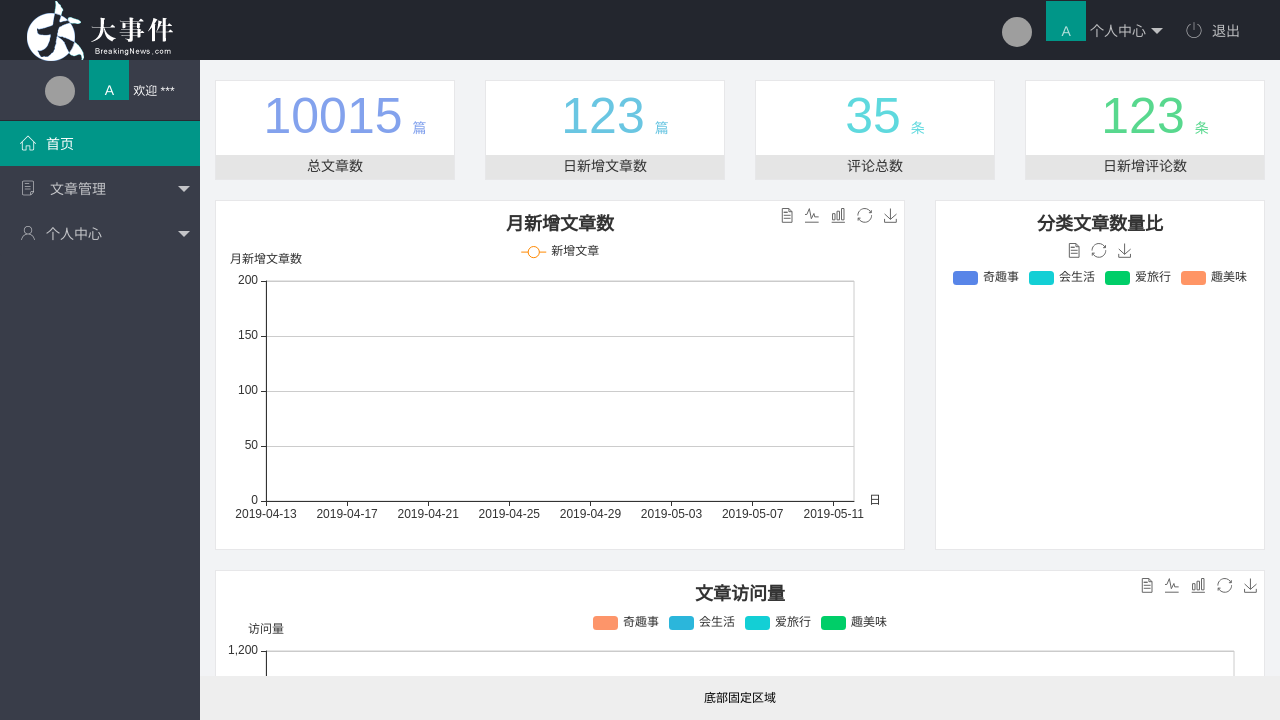
Repository: lithronmatic/web_bigbigevent
Page: index.html
These files come from the project's save history. The page is drawn as it stood at one moment and after the next save; the edit follows.
The browser window is 1280 px wide. The pictures show the whole page.
Pictures or frames that could not be fetched are drawn as grey boxes. The page's requests for data from a server got no answer.

Above is the page before, as saved 2022-09-03 09:46:05.

### index.html
<!DOCTYPE html>
<html lang="en">

<head>
    <meta charset="UTF-8">
    <meta http-equiv="X-UA-Compatible" content="IE=edge">
    <meta name="viewport" content="width=device-width, initial-scale=1.0">
    <title>后台主页</title>
    <link rel="stylesheet" href="./assets/lib/layui/css/layui.css">
    <link rel="stylesheet" href="./assets/fonts/iconfont.css">
    <link rel="stylesheet" href="./assets/css/index.css">
</head>

<body>
    <div class="layui-layout layui-layout-admin">
        <div class="layui-header">
            <div class="layui-logo">
                <img src="./assets/images/logo.png" alt="">
            </div>
            <!-- 头部区域（可配合layui 已有的水平导航） -->
            <ul class="layui-nav layui-layout-right">
                <li class="layui-nav-item layui-hide layui-show-md-inline-block">
                    <a href="javascript:;" class="userinfo">
                        <img src="//tva1.sinaimg.cn/crop.0.0.118.118.180/5db11ff4gw1e77d3nqrv8j203b03cweg.jpg"
                            class="layui-nav-img">
                        <span class="text-avatar">A</span>
                        个人中心
                    </a>
                    <dl class="layui-nav-child">
                        <dd><a href="">基本资料</a></dd>
                        <dd><a href="">更换头像</a></dd>
                        <dd><a href="">重置密码</a></dd>
                    </dl>
                </li>
                <li class="layui-nav-item">
                    <a href="javascript:;">
                        <span class="iconfont icon-tuichu"></span>退出
                    </a>
                </li>
            </ul>
        </div>

        <div class="layui-side layui-bg-black">
            <div class="layui-side-scroll">
                <div class="userinfo">
                    <img src="//tva1.sinaimg.cn/crop.0.0.118.118.180/5db11ff4gw1e77d3nqrv8j203b03cweg.jpg"
                        class="layui-nav-img">
                    <span class="text-avatar">A</span>
                    <span id="welcome">欢迎 ***</span>
                </div>
                <!-- 左侧导航区域（可配合layui已有的垂直导航） -->
                <ul class="layui-nav layui-nav-tree" lay-shrink="all" lay-filter="test">
                    <li class="layui-nav-item layui-this">
                        <a href="./home/dashboard.html" target="fm"><span class="iconfont icon-home"></span>首页</a>
                    </li>
                    <li class="layui-nav-item">
                        <a class="" href="javascript:;"><span class="iconfont icon-16"></span>
                            文章管理
                        </a>
                        <dl class="layui-nav-child">
                            <dd><a href="javascript:;"><i class="layui-icon layui-icon-app"></i>文章类别</a></dd>
                            <dd><a href="javascript:;"><i class="layui-icon layui-icon-app"></i>文章列表</a></dd>
                            <dd><a href="javascript:;"><i class="layui-icon layui-icon-app"></i>发布文章</a></dd>
                        </dl>
                    </li>
                    <li class="layui-nav-item">
                        <a href="javascript:;"><span class="iconfont icon-user"></span>个人中心</a>
                        <dl class="layui-nav-child">
                            <dd><a href="javascript:;">基本资料</a></dd>
                            <dd><a href="javascript:;">更换头像</a></dd>
                            <dd><a href="javascript:;">重置密码</a></dd>
                        </dl>
                    </li>
                </ul>
            </div>
        </div>

        <div class="layui-body">
            <!-- 内容主体区域 -->
            <iframe src="./home/dashboard.html" name="fm" frameborder="0"></iframe>
        </div>

        <div class="layui-footer">
            <!-- 底部固定区域 -->
            底部固定区域
        </div>
    </div>

    <!-- 导入layui.js文件 -->
    <script src="./assets/lib/layui/layui.all.js"></script>
    <!-- 导入jquery -->
    <script src="./assets/lib/jquery.js"></script>
    <!-- 导入baseAPI -->
    <script src="./assets/js/baseAPI.js"></script>
    <!-- 导入自己的js -->
    <script src="./assets/js/index.js"></script>
</body>

</html>

### assets/css/index.css
/* .iconfont{
    margin-right:8px;
}

.layui-icon{
    margin-right:8px;
    margin-left:20px;
}

iframe{
    width: 100%;
    height: 100%;
}

.layui-body{
    overflow: hidden;
}

a{
    transition: none!important;
}

.userinfo{
    height:60px;
    line-height: 60px;
    text-align: center;
    border-bottom:1px solid #282b33;

}

#welcome{
    color:#fff;
    font-size: 12px;
    /* 禁止用户选中 */
    /* user-select: none;
} */

/* .layui-nav-img{
    width:40px;
    height:40px;
}

.text-avatar{
    display: inline-block;
    width: 40px;
    height:40px;
    font-size: 20px;
    background-color: #009688;
    text-align: center;
    line-height: 40px;
    border-radius: 50%;
    position:relative;
    top:4px;
    margin-right: 10px;
}  */

.layui-footer{
    text-align: center;
    font-size: 12px;
}
.iconfont{
    margin-right:10px;
}
.layui-icon{
    margin-right:10px;
}
iframe{
    width:100%;
    height:100%;
}
.layui-body{
    overflow: hidden;
}
.userinfo{
    height:60px;
    line-height: 60px;
    text-align: center;
}
#welcome{
    color:#fff;
    font-size: 12px;
    /* 禁止用户选中  */
    user-select: none;
}
.layui-side-scroll .userinfo{
    border-bottom:1px solid #282b33;
}

.text-avatar{
    display: inline-block;
    width:40px;
    height: 40px;
    background-color: #009688;
}

### assets/js/baseAPI.js
// 在调用$.get()或$.post()或$.ajax()之前，都会先调用
// $.ajaxPrefilter这个函数
$.ajaxPrefilter(function(options){
    // console.log(options.url);//
    // 在发起真正的Ajax请求之前，统一拼接请求的根路径
    options.url = "http://www.liulongbin.top:3007" + options.url;
})

### assets/js/index.js
// $(function(){
//     getUserInfo();
// })

// var layer = layui.layer;
// // 获取用户的基本信息
// function getUserInfo(){
//     $.ajax({
//         method:'GET',
//         url:'/my/userinfo',
//         // headers就是请求头配置对象
//         headers:{
//             Authorization:localStorage.getItem('token') || ""
//         },
//         success:function(res){
//            if(res.status!==0){
//              return layui.layer.msg('获取用户信息失败!');
//            }
//         //调用renderAvatar 渲染用户的头像
//         renderAvatar(res.data);
//         }
//     })
// }

// // 渲染用户的头像
// function renderAvatar(user){
//     // 1.获取用户名称
//     var name = user.nickname || user.username;
//     // 2.设置欢迎的文本
//     $('#welcome').html('欢迎&nbsp;&nbsp;'+ name);
//     // 3.按需渲染用户的头像
//     if(user.user_pic!==null){
//         // 3.1渲染图片头像
//         $(".layui-nav-img").attr('src',user.user_pic).show();
//         // 让文本头像隐藏
//         $(".text-avatar").hide();
//     }else{
//         // 3.2渲染文本头像
//         // 让图片头像隐藏
//         $(".layui-nav-img").hide();
//         //渲染文本头像
//         var first = name[0].toUpperCase();
//         $(".text-avatar").html(first).show();
//     }
// }

$(function(){
    getUserInfo()

})

// 获取用户基本信息
function getUserInfo(){
    $.ajax({
        type:'GET',
        url:'/my/userinfo',
        // headers 请求头配置对象
        headers:{
            Authorization:localStorage.getItem('token')
        },
        success:function(res){
            if(res.status!=0){
                return layui.layer.msg('获取用户信息失败!')
            }
            // 调用renderAvatar渲染用户的头像
            renderAvatar(res.data)
        }
    })
}

// 渲染用户的头像
function renderAvatar(user){

}

### home/dashboard.html
<!DOCTYPE html>
<html lang="en">

<head>
  <meta charset="UTF-8">
  <meta name="viewport" content="width=device-width, initial-scale=1.0">
  <meta http-equiv="X-UA-Compatible" content="ie=edge">
  <title>图表统计</title>
  <link rel="stylesheet" href="../../assets/lib/bootstrap.css" />
  <link rel="stylesheet" href="../../assets/lib/main.css" />
  <script src="../../assets/lib/jquery.js"></script>
  <script type="text/javascript" src="../../assets/lib/echarts.min.js"></script>
</head>

<body>
  <div class="container-fluid">
    <div class="row spannel_list">
      <div class="col-sm-3 col-xs-6">
        <div class="spannel">
          <em>10015</em><span>篇</span>
          <b>总文章数</b>
        </div>
      </div>
      <div class="col-sm-3 col-xs-6">
        <div class="spannel scolor01">
          <em>123</em><span>篇</span>
          <b>日新增文章数</b>
        </div>
      </div>
      <div class="col-sm-3 col-xs-6">
        <div class="spannel scolor02">
          <em>35</em><span>条</span>
          <b>评论总数</b>
        </div>
      </div>
      <div class="col-sm-3 col-xs-6">
        <div class="spannel scolor03">
          <em>123</em><span>条</span>
          <b>日新增评论数</b>
        </div>
      </div>
    </div>
  </div>

  <div class="container-fluid">
    <div class="row curve-pie">
      <div class="col-lg-8 col-md-8">
        <div class="gragh_pannel" id="curve_show"></div>
      </div>
      <div class="col-lg-4 col-md-4">
        <div class="gragh_pannel" id="pie_show"></div>
      </div>
    </div>
  </div>

  <div class="container-fluid">
    <div class="column_pannel" id="column_show"></div>
  </div>

  <script>
    var oChart = echarts.init(document.getElementById('curve_show'));
    var aList_all = [
      { 'count': 36, 'date': '2019-04-13' },
      { 'count': 52, 'date': '2019-04-14' },
      { 'count': 78, 'date': '2019-04-15' },
      { 'count': 85, 'date': '2019-04-16' },
      { 'count': 65, 'date': '2019-04-17' },
      { 'count': 72, 'date': '2019-04-18' },
      { 'count': 88, 'date': '2019-04-19' },
      { 'count': 64, 'date': '2019-04-20' },
      { 'count': 72, 'date': '2019-04-21' },
      { 'count': 90, 'date': '2019-04-22' },
      { 'count': 96, 'date': '2019-04-23' },
      { 'count': 100, 'date': '2019-04-24' },
      { 'count': 102, 'date': '2019-04-25' },
      { 'count': 110, 'date': '2019-04-26' },
      { 'count': 123, 'date': '2019-04-27' },
      { 'count': 100, 'date': '2019-04-28' },
      { 'count': 132, 'date': '2019-04-29' },
      { 'count': 146, 'date': '2019-04-30' },
      { 'count': 200, 'date': '2019-05-01' },
      { 'count': 180, 'date': '2019-05-02' },
      { 'count': 163, 'date': '2019-05-03' },
      { 'count': 110, 'date': '2019-05-04' },
      { 'count': 80, 'date': '2019-05-05' },
      { 'count': 82, 'date': '2019-05-06' },
      { 'count': 70, 'date': '2019-05-07' },
      { 'count': 65, 'date': '2019-05-08' },
      { 'count': 54, 'date': '2019-05-09' },
      { 'count': 40, 'date': '2019-05-10' },
      { 'count': 45, 'date': '2019-05-11' },
      { 'count': 38, 'date': '2019-05-12' },
    ];

    let aCount = [];
    let aDate = [];

    for (var i = 0; i < aList_all.length; i++) {
      aCount.push(aList_all[i].count);
      aDate.push(aList_all[i].date);
    }

    var chartopt = {
      title: {
        text: '月新增文章数',
        left: 'center',
        top: '10'
      },
      tooltip: {
        trigger: 'axis'
      },
      legend: {
        data: ['新增文章'],
        top: '40'
      },
      toolbox: {
        show: true,
        feature: {
          mark: { show: true },
          dataView: { show: true, readOnly: false },
          magicType: { show: true, type: ['line', 'bar'] },
          restore: { show: true },
          saveAsImage: { show: true }
        }
      },
      calculable: true,
      xAxis: [
        {
          name: '日',
          type: 'category',
          boundaryGap: false,
          data: aDate
        }
      ],
      yAxis: [
        {
          name: '月新增文章数',
          type: 'value'
        }
      ],
      series: [
        {
          name: '新增文章',
          type: 'line',
          smooth: true,
          itemStyle: { normal: { areaStyle: { type: 'default' }, color: '#f80' }, lineStyle: { color: '#f80' } },
          data: aCount
        }],
      areaStyle: {
        normal: {
          color: new echarts.graphic.LinearGradient(0, 0, 0, 1, [{
            offset: 0,
            color: 'rgba(255,136,0,0.39)'
          }, {
            offset: .34,
            color: 'rgba(255,180,0,0.25)'
          }, {
            offset: 1,
            color: 'rgba(255,222,0,0.00)'
          }])

        }
      },
      grid: {
        show: true,
        x: 50,
        x2: 50,
        y: 80,
        height: 220
      }
    };

    oChart.setOption(chartopt);


    var oPie = echarts.init(document.getElementById('pie_show'));
    var oPieopt =
    {
      title: {
        top: 10,
        text: '分类文章数量比',
        x: 'center'
      },
      tooltip: {
        trigger: 'item',
        formatter: "{a} <br/>{b} : {c} ({d}%)"
      },
      color: ['#5885e8', '#13cfd5', '#00ce68', '#ff9565'],
      legend: {
        x: 'center',
        top: 65,
        data: ['奇趣事', '会生活', '爱旅行', '趣美味']
      },
      toolbox: {
        show: true,
        x: 'center',
        top: 35,
        feature: {
          mark: { show: true },
          dataView: { show: true, readOnly: false },
          magicType: {
            show: true,
            type: ['pie', 'funnel'],
            option: {
              funnel: {
                x: '25%',
                width: '50%',
                funnelAlign: 'left',
                max: 1548
              }
            }
          },
          restore: { show: true },
          saveAsImage: { show: true }
        }
      },
      calculable: true,
      series: [
        {
          name: '访问来源',
          type: 'pie',
          radius: ['45%', '60%'],
          center: ['50%', '65%'],
          data: [
            { value: 300, name: '奇趣事' },
            { value: 100, name: '会生活' },
            { value: 260, name: '爱旅行' },
            { value: 180, name: '趣美味' }
          ]
        }
      ]
    };
    oPie.setOption(oPieopt);



    var oColumn = this.echarts.init(document.getElementById('column_show'));
    var oColumnopt =
    {
      title: {
        text: '文章访问量',
        left: 'center',
        top: '10'
      },
      tooltip: {
        trigger: 'axis'
      },
      legend: {
        data: ['奇趣事', '会生活', '爱旅行', '趣美味'],
        top: '40'
      },
      toolbox: {
        show: true,
        feature: {
          mark: { show: true },
          dataView: { show: true, readOnly: false },
          magicType: { show: true, type: ['line', 'bar'] },
          restore: { show: true },
          saveAsImage: { show: true }
        }
      },
      calculable: true,
      xAxis: [
        {
          type: 'category',
          data: ['1月', '2月', '3月', '4月', '5月']
        }
      ],
      yAxis: [
        {
          name: '访问量',
          type: 'value'
        }
      ],
      series: [
        {
          name: '奇趣事',
          type: 'bar',
          barWidth: 20,
          itemStyle: {
            normal: { areaStyle: { type: 'default' }, color: '#fd956a' }
          },
          data: [800, 708, 920, 1090, 1200]
        },
        {
          name: '会生活',
          type: 'bar',
          barWidth: 20,
          itemStyle: {
            normal: { areaStyle: { type: 'default' }, color: '#2bb6db' }
          },
          data: [400, 468, 520, 690, 800]
        },
        {
          name: '爱旅行',
          type: 'bar',
          barWidth: 20,
          itemStyle: {
            normal: { areaStyle: { type: 'default' }, color: '#13cfd5' }
          },
          data: [500, 668, 520, 790, 900]
        },
        {
          name: '趣美味',
          type: 'bar',
          barWidth: 20,
          itemStyle: {
            normal: { areaStyle: { type: 'default' }, color: '#00ce68' }
          },
          data: [600, 508, 720, 890, 1000]
        }
      ],
      grid: {
        show: true,
        x: 50,
        x2: 30,
        y: 80,
        height: 260
      },
      dataZoom: [//给x轴设置滚动条
        {
          start: 0,//默认为0
          end: 100 - 1000 / 31,//默认为100
          type: 'slider',
          show: true,
          xAxisIndex: [0],
          handleSize: 0,//滑动条的 左右2个滑动条的大小
          height: 8,//组件高度
          left: 45, //左边的距离
          right: 50,//右边的距离
          bottom: 26,//右边的距离
          handleColor: '#ddd',//h滑动图标的颜色
          handleStyle: {
            borderColor: "#cacaca",
            borderWidth: "1",
            shadowBlur: 2,
            background: "#ddd",
            shadowColor: "#ddd",
          }
        }]
    };
    oColumn.setOption(oColumnopt);
  </script>
</body>

</html>

Loaded but not shown: assets/lib/layui/css/layui.css (library); assets/fonts/iconfont.css (common file); assets/lib/layui/layui.all.js (library); assets/lib/jquery.js (library); assets/lib/bootstrap.css (library); assets/lib/main.css (library); assets/lib/echarts.min.js (library); assets/lib/layui/css/modules/laydate/default/laydate.css (library); assets/lib/layui/css/modules/layer/default/layer.css (library); assets/lib/layui/css/modules/code.css (common file)

After the next save:
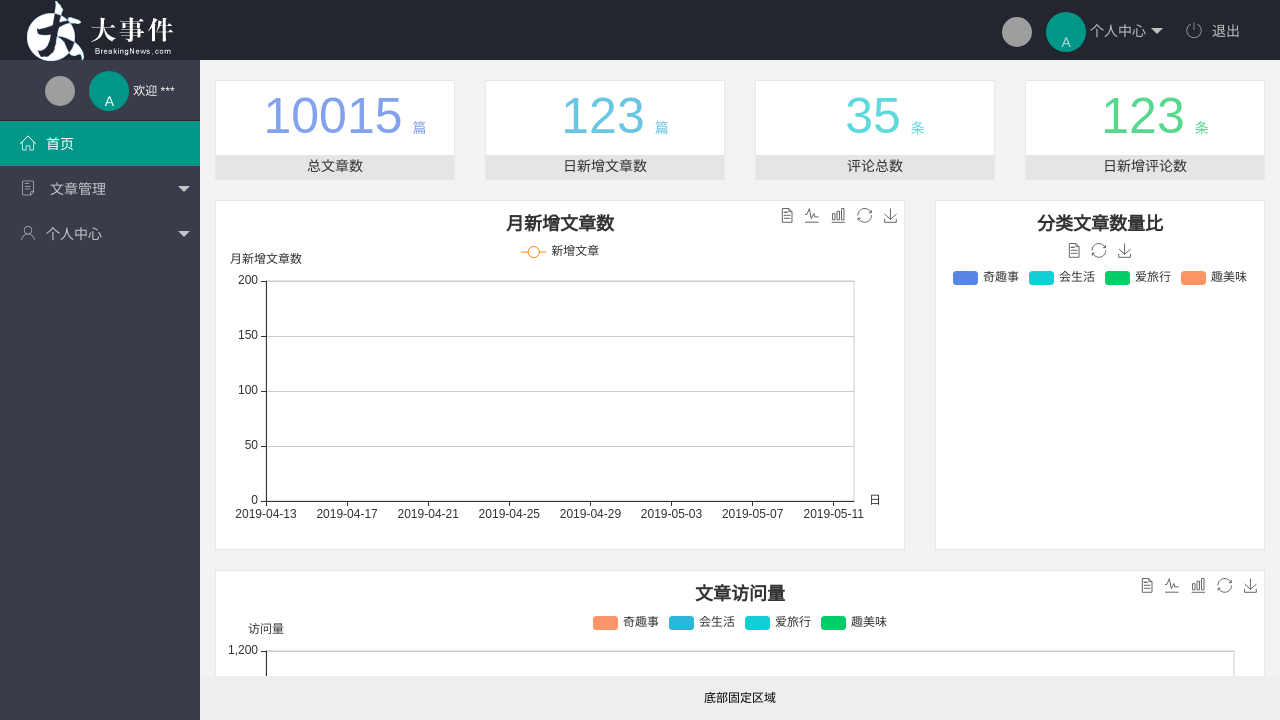
Saved 24 s later.
--- a/assets/css/index.css
+++ b/assets/css/index.css
@@ -91,4 +91,6 @@ iframe{
     width:40px;
     height: 40px;
     background-color: #009688;
+    vertical-align: middle;
+    border-radius: 50%;
 }
